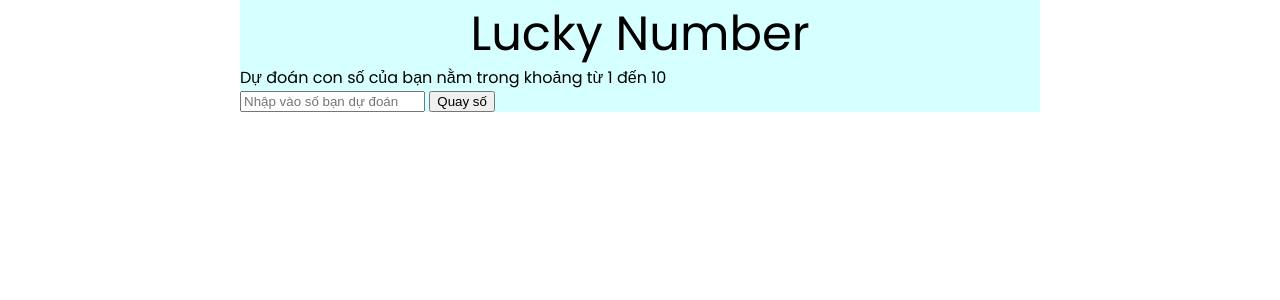
Repository: whis16720/PhuNguyen-C4EJS-D15
Page: index.html
An editor plug-in stored every save of this project. The page is shown before and after the next save, followed by the edit.
The browser window is 1280 px wide. The pictures show the whole page.
The style sheet was rebuilt from its Sass, Less or Tailwind sources for each picture, by a compiler version that may differ from the author's.

Above is the page before, as saved 2020-09-22 19:34:57.

After the next save:
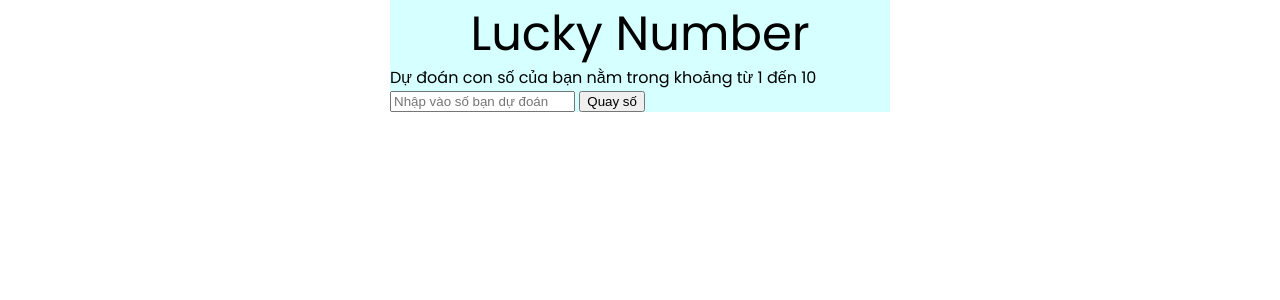
Saved 16 s later.
--- a/style.scss
+++ b/style.scss
@@ -4,7 +4,7 @@
 .game {
 	font-family: "Poppins", sans-serif;
 	line-height: 1.4;
-	width: 50rem;
+	width: 500px;
 	margin: auto;
 	background-color: #d6ffff;
 	&__name {
